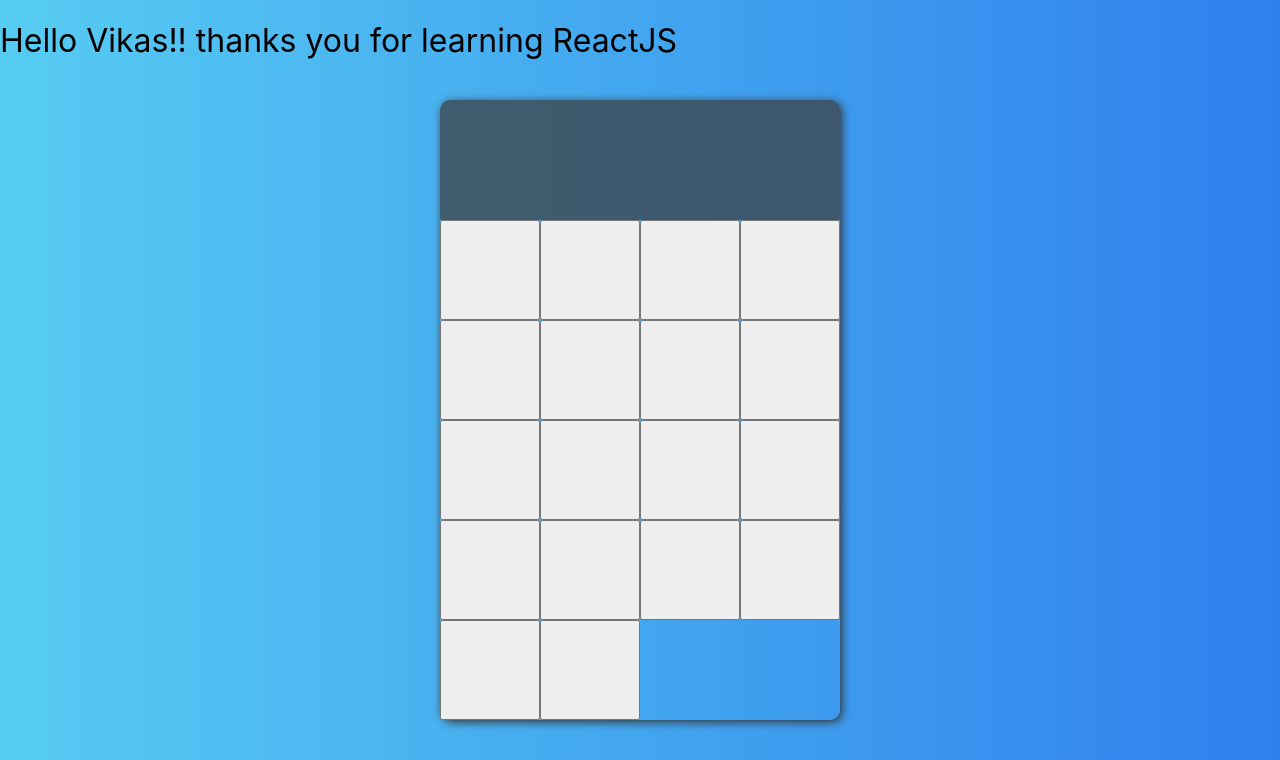
Repository: vikas-1234/calculator
Page: /
The author's editor kept a copy of each file at every save. The page is drawn from the files as they stood at one save, then again after the next save.
The browser window is 1280 px wide. The pictures show the whole page.
The project was rebuilt for these pictures with package versions that can differ from the ones it lists, and the page was loaded fresh each time.

Above is the page before, as saved 2024-01-17 21:37:29.

### src/index.css
*,*::before,*::after{
  box-sizing: border-box;
  font-weight: normal;
}



body {
  margin: 0;
  padding: 0;
  background: linear-gradient(to right,#56ccf2, #2f80ed);
  font-family: -apple-system, BlinkMacSystemFont, 'Segoe UI', 'Roboto', 'Oxygen',
    'Ubuntu', 'Cantarell', 'Fira Sans', 'Droid Sans', 'Helvetica Neue',
    sans-serif;
  -webkit-font-smoothing: antialiased;
  -moz-osx-font-smoothing: grayscale;
}

code {
  font-family: source-code-pro, Menlo, Monaco, Consolas, 'Courier New',
    monospace;
}

### src/App.js

import Calculator from "./Components/Calculator";
function App() {
  return (
    <div className="App">
      <h1>Hello Vikas!! thanks you for learning ReactJS</h1>
      <Calculator/>
    </div>
  );
}

export default App;

### src/Components/Calculator.jsx
import React from 'react'
import {Container,Screen,Previous,Current} from "../Styles/Main";


const Calculator = () => {
  return (
    <>
    <Container>

      <Screen>
        <Previous></Previous>
        <Current></Current>
        </Screen>
        <button></button>
        <button></button>
        <button></button>
        <button></button>
        <button></button>
        <button></button>
        <button></button>
        <button></button>
        <button></button>
        <button></button>
        <button></button>
        <button></button>
        <button></button>
        <button></button>
        <button></button>
        <button></button>
        <button></button>
        <button></button>

    </Container>

    </>
  )
}

export default Calculator

### src/Styles/Main.jsx
import styled from "styled-components";

export const Container = styled.div`
  display: grid;
  justify-content: center;
  align-content: center;
  width: 400px;
  margin: 40px auto;
  grid-template-columns: repeat(4, 100px);
  grid-template-rows: minmax(120px, auto) repeat(5, 100px);
  box-shadow: 2px 2px 10px #333;
  border-radius: 10px;
`;

export const Screen = styled.div`
  grid-column: 1 / -1;
  background-color: rgba(60, 64, 67, 0.75);
  display: flex;
  justify-content: space-around;
  flex-direction: column;
  padding: 10px;
  word-wrap: break-word;
  word-break: break-all;
  text-align: right;
  border-top-left-radius: 10px;
  border-top-right-radius: 10px;
`;

export const Previous = styled.div`
  color: rgba(255, 255, 255, 0.75);
  font-size: 1.5rem;
`;

export const Current = styled.div`
  color: white;
  font-size: 2.5rem;
`;

export const Button = styled.button`
  cursor: pointer;
  font-size: 2rem;
  outline: none;
  border: 1px outset white;
  background-color: rgba(255, 255, 255, 0.75);
  &:hover {
    background-color: rgba(255, 255, 255, 0.9);
  }
  ${function ({ gridSpan }) {
    if (gridSpan) {
      return `grid-column: span ${gridSpan} ;`;
    }
  }};
  ${({ operation }) => operation && `background-color:gray;`};
  ${({ control }) => control && `background-color:skyBlue;`};
  ${({ equals }) =>
    equals && `background-color:gray;border-bottom-right-radius:10px;`};
  ${({ decimal }) =>
    decimal && `background-color:skyBlue;border-bottom-left-radius:10px;`};
`;

Loaded but not shown: public/index.html (common file); src/index.js (common file); src/reportWebVitals.js (common file)

After the next save:
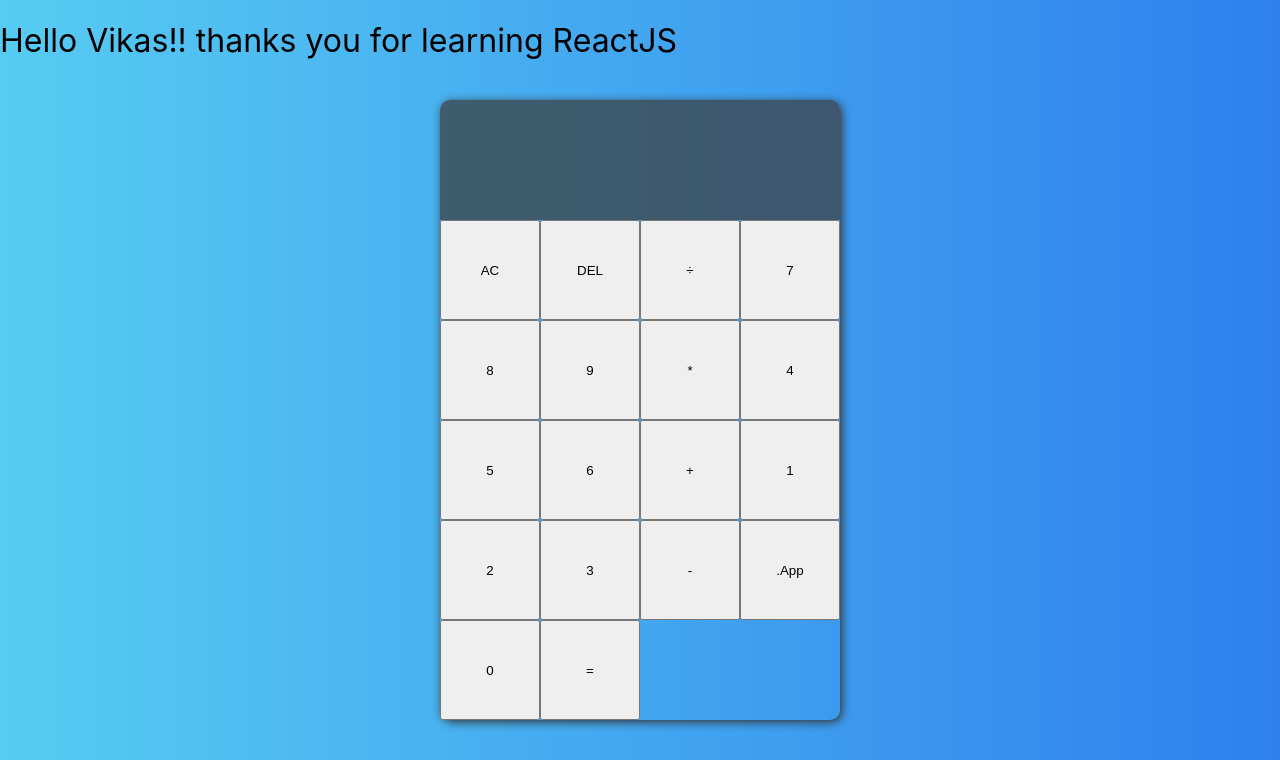
Saved 3 min 3 s later.
--- a/src/Components/Calculator.jsx
+++ b/src/Components/Calculator.jsx
@@ -11,24 +11,24 @@
         <Previous></Previous>
         <Current></Current>
         </Screen>
-        <button></button>
-        <button></button>
-        <button></button>
-        <button></button>
-        <button></button>
-        <button></button>
-        <button></button>
-        <button></button>
-        <button></button>
-        <button></button>
-        <button></button>
-        <button></button>
-        <button></button>
-        <button></button>
-        <button></button>
-        <button></button>
-        <button></button>
-        <button></button>
+        <button>AC</button>
+        <button>DEL</button>
+        <button>÷</button>
+        <button>7</button>
+        <button>8</button>
+        <button>9</button>
+        <button>*</button>
+        <button>4</button>
+        <button>5</button>
+        <button>6</button>
+        <button>+</button>
+        <button>1</button>
+        <button>2</button>
+        <button>3</button>
+        <button>-</button>
+        <button>.App</button>
+        <button>0</button>
+        <button>=</button>
 
     </Container>
 
